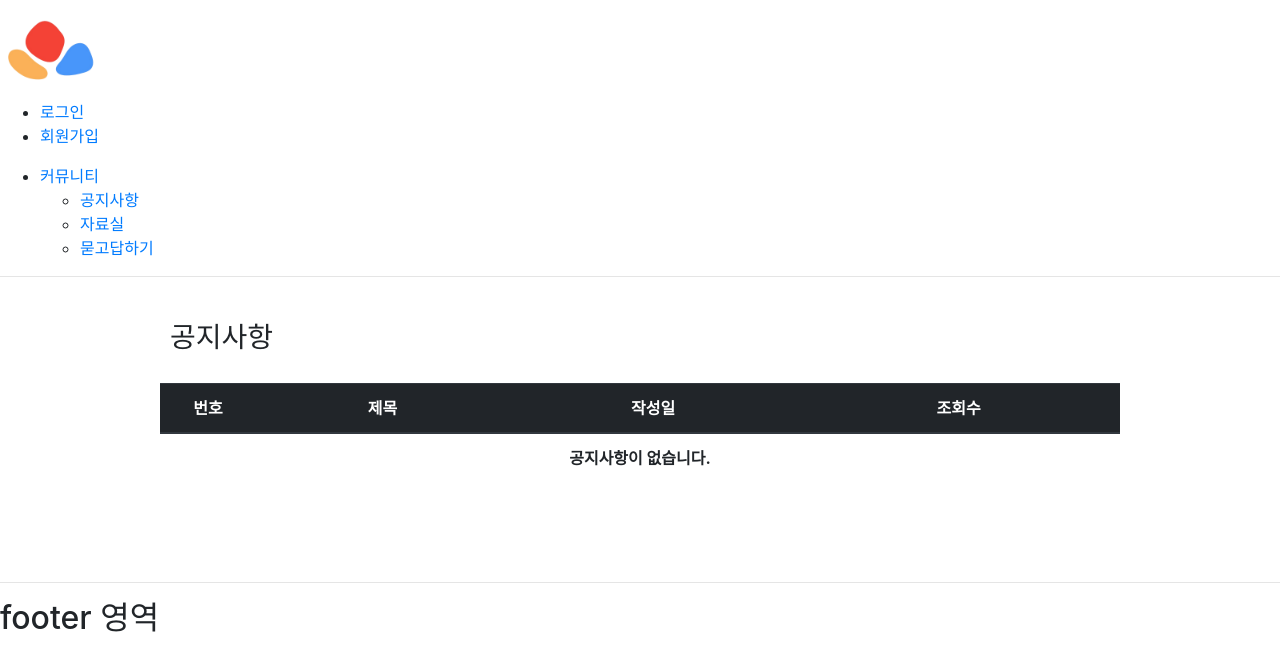
Repository: rnjsmj/pro01
Page: http://localhost/pro01/notice/noticeList.jsp
The author's editor kept a copy of each file at every save. The page is drawn from the files as they stood at one save, then again after the next save.
The browser window is 1280 px wide. The pictures show the whole page.
The page is served by Tomcat 9. Nobody is signed in. The application's start-up code is not run. The template is opened directly, without the code that normally fills it, so the values that code supplies are empty.

Above is the page before, as saved 2024-04-13 17:07:33.

After the next save:
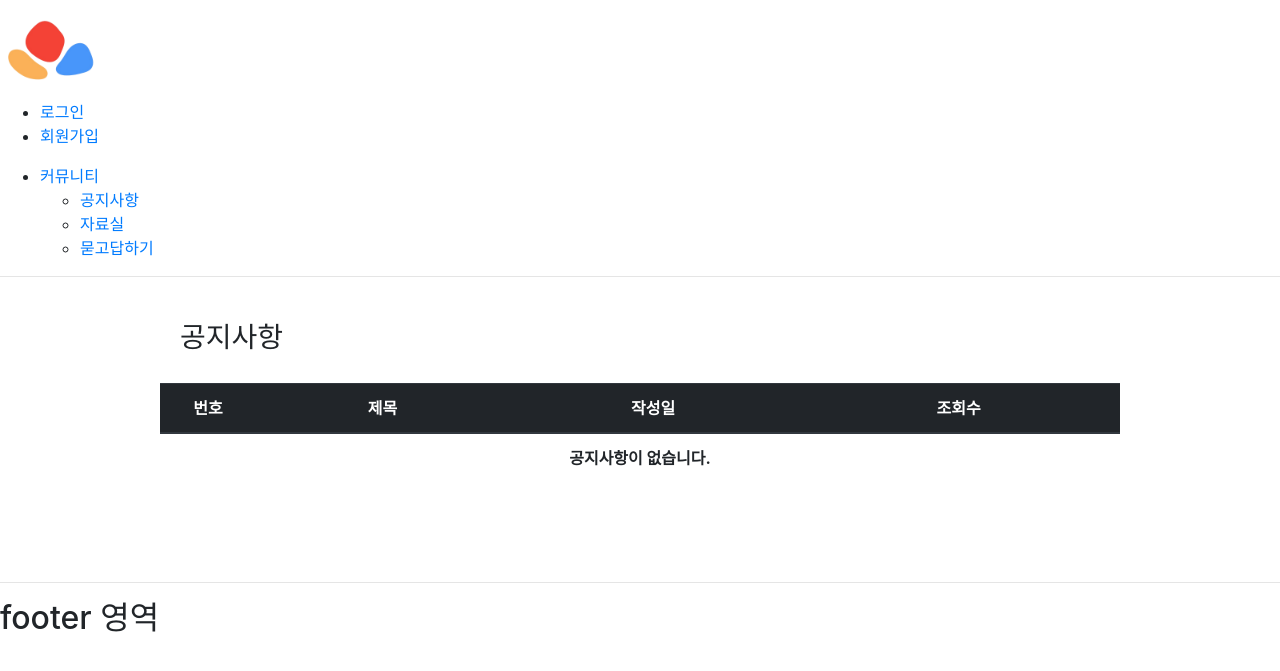
Saved 8 s later.
--- a/pro01/WebContent/notice/noticeList.jsp
+++ b/pro01/WebContent/notice/noticeList.jsp
@@ -11,7 +11,7 @@
 <%@ include file="/head.jsp" %>
 <style>
 	.page {text-align:center; justify-center:center; }
-	.page_title {text-align:left; width:960px; margin:auto;  padding-top:1em; padding-bottom:1em; padding-left:10px;}
+	.page_title {text-align:left; width:960px; margin:auto;  padding-top:1em; padding-bottom:1em; padding-left:20px;}
 	.div-table { text-align:center; display:flex; justify-center:center;  margin-bottom: 100px; }
 
 	.table {text-align:center; width:960px; margin: 0 auto; min-width:724px;}
